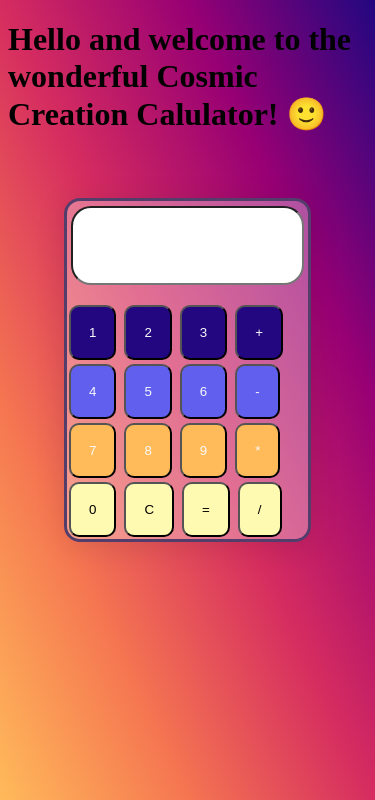
Repository: CrazyPaine/GameBoy-Calculator
Page: index.html
An editor plug-in stored every save of this project. The page is shown before and after the next save, followed by the edit.
The browser window is 375 px wide. The pictures show the whole page.

Above is the page before, as saved 2024-02-04 21:11:02.

After the next save:
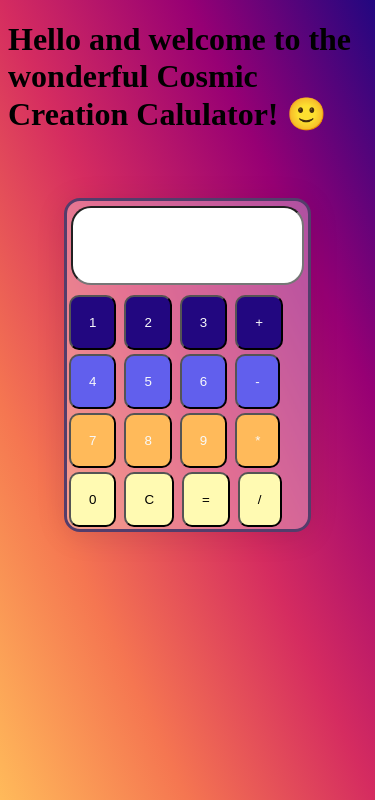
Saved 31 s later.
--- a/styles.css
+++ b/styles.css
@@ -42,6 +42,7 @@ body {
     height: 56%;
     margin:auto;
     margin-top: 5px;
+    margin-bottom: -10px
 }
 
 .calculator {
